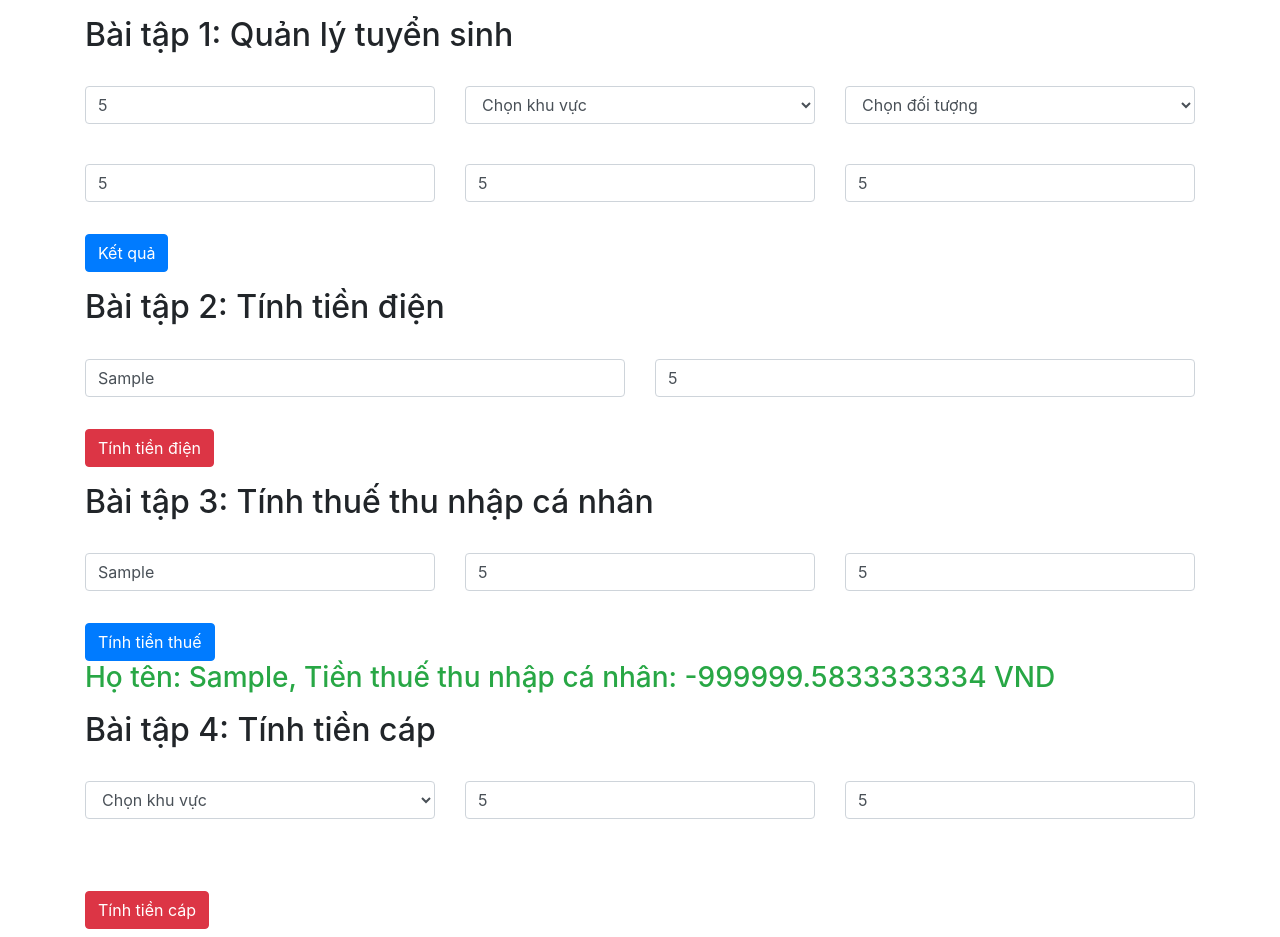
Repository: thanhfrankie/BC10-LeMinhThanh-Js-b5
Page: index.html
These files come from the project's save history. The page is drawn as it stood at one moment and after the next save; the edit follows.
The browser window is 1280 px wide. The pictures show the whole page.
Empty fields were first filled with sample values (such as "Sample", 5 or name@example.com).
After loading, the first visible `button[onclick="tinhTienThue()"]` was clicked once.

Above is the page before, as saved 2023-12-24 22:07:47.

After the next save:
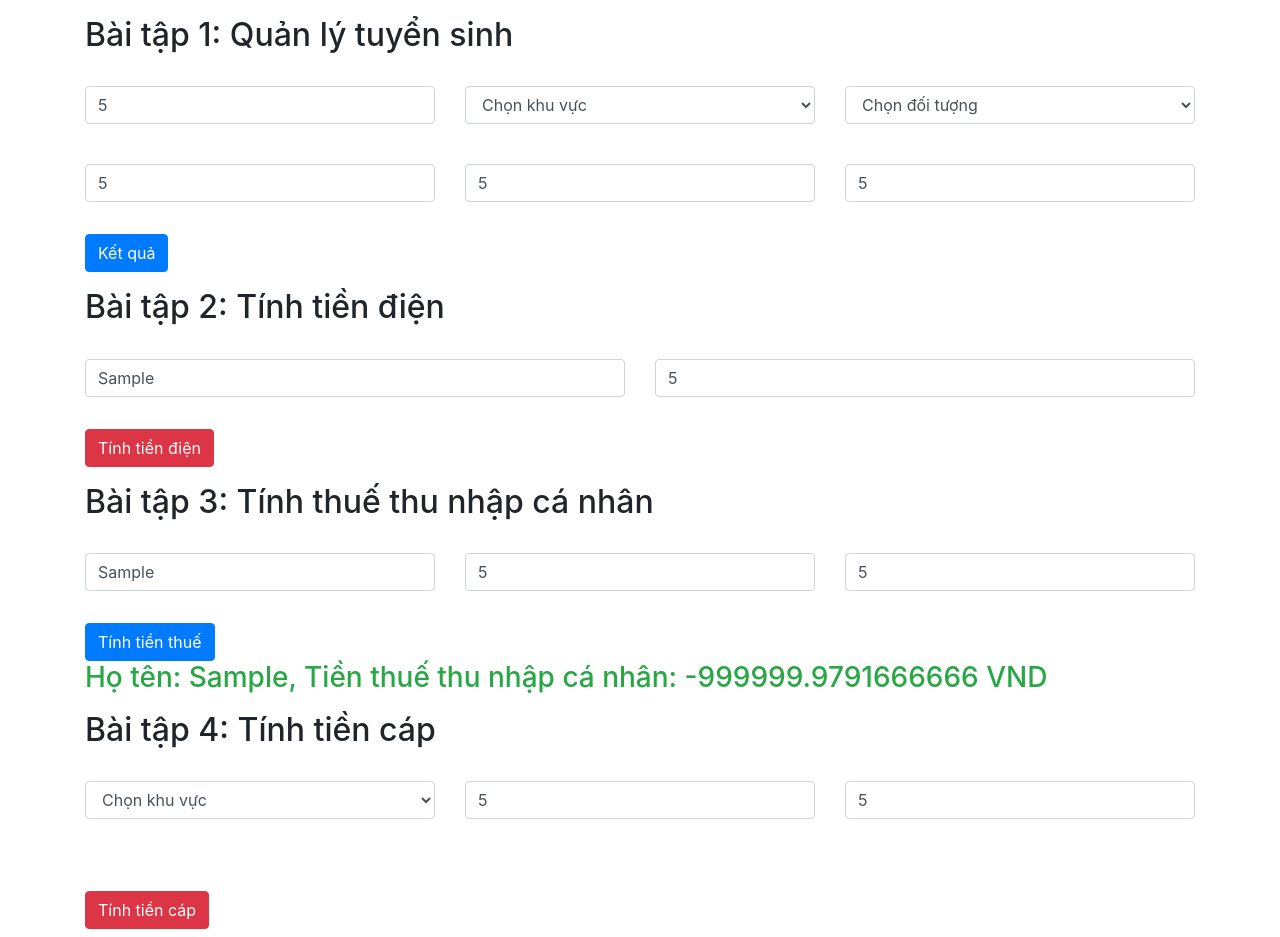
Saved 10 s later.
--- a/index.js
+++ b/index.js
@@ -175,7 +175,7 @@ function tinhTienThue() {
   var thuNhapChiuThue = document.getElementById("tinh-tien-thue")
   var tienThuNhapCaNhan = 0
   if (thuNhapNam > 0 &&thuNhapNam < 60e+6) {
-    tienThuNhapCaNhan = (thuNhapNam - 4e+6 - soNguoiPhuThuoc * 1.6e+6)/12
+    tienThuNhapCaNhan = (thuNhapNam* 0.05 - 4e+6 - soNguoiPhuThuoc * 1.6e+6)/12
     return thuNhapChiuThue.innerHTML= `Họ tên: ${hoTen}, Tiền thuế thu nhập cá nhân: ${tienThuNhapCaNhan} VND `
   }
   if (thuNhapNam >= 60e+6 && thuNhapNam <120e+6) {
